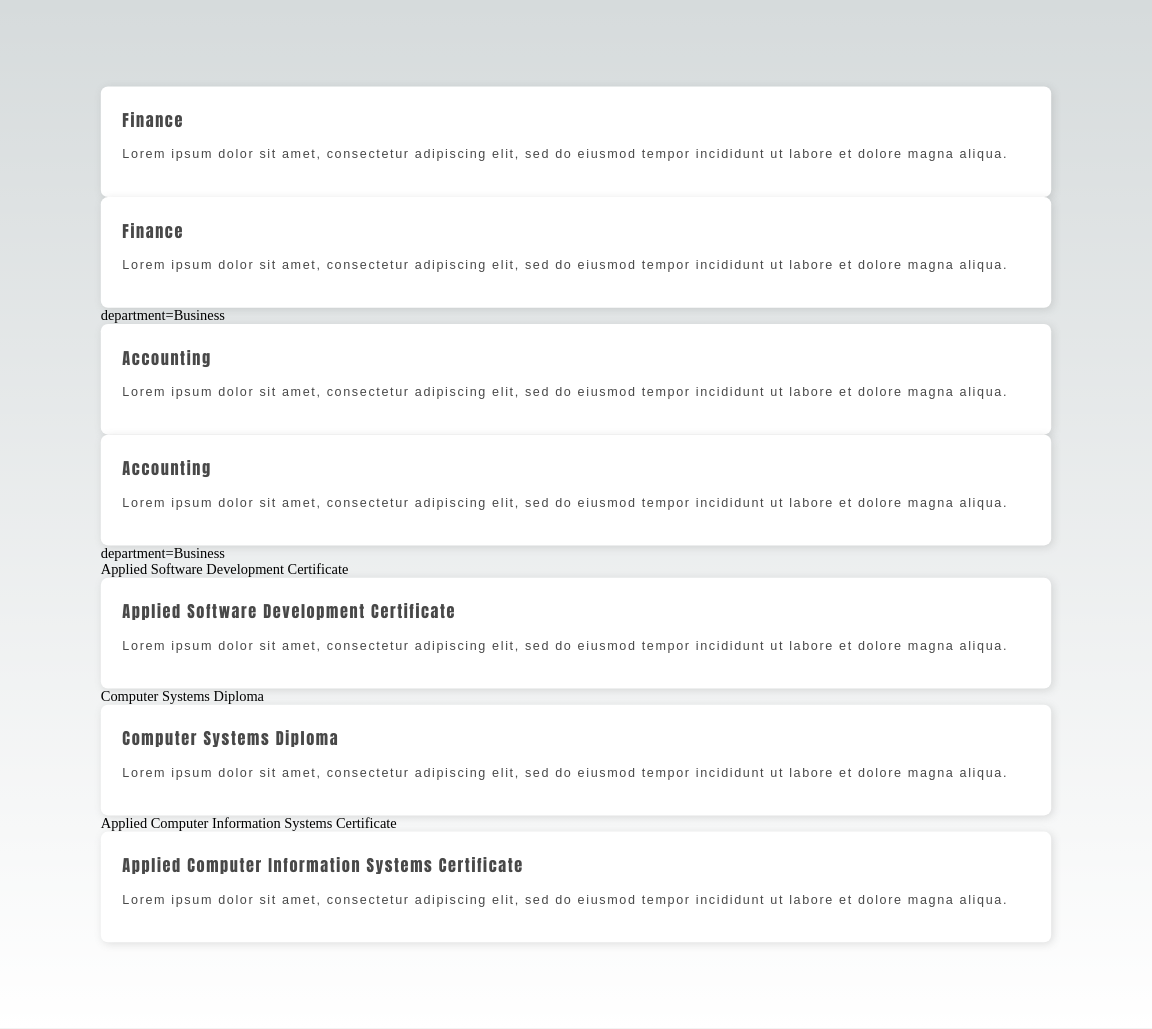
Repository: giovanabirck/class03-vercel-test
Page: /
These files come from the project's save history. The page is drawn as it stood at one moment and after the next save; the edit follows.
The browser window is 1280 px wide. The pictures show the whole page, at 90% of full size.
The project was rebuilt for these pictures with package versions that can differ from the ones it lists, and the page was loaded fresh each time. The framework's server and built-in components were replaced by stand-ins that run in the browser. Also part of the build but not shown: next.config.js.

Above is the page before, as saved 2023-01-24 21:30:33.

After the next save:
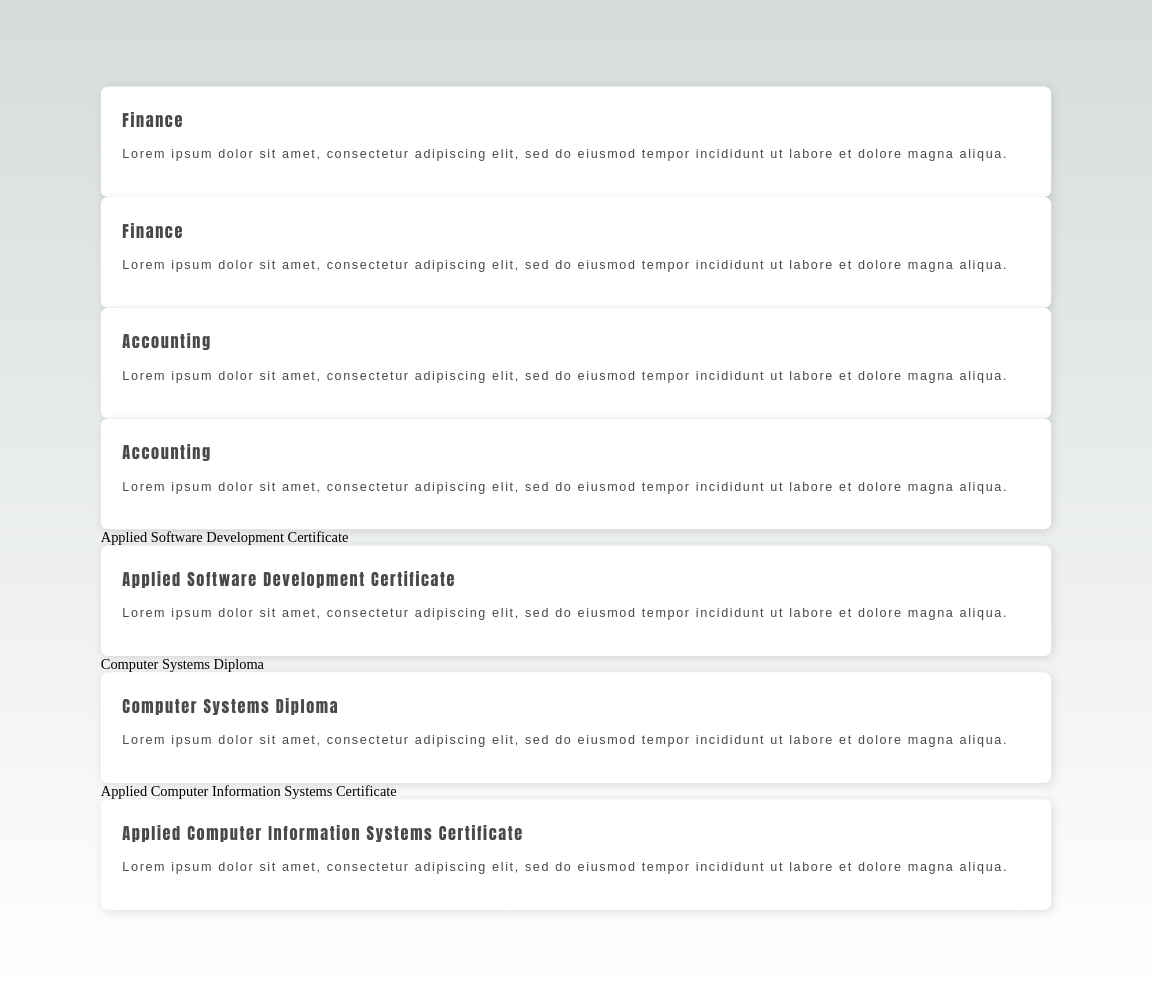
Saved 8 s later.
--- a/pages/index.js
+++ b/pages/index.js
@@ -35,7 +35,6 @@ export default function Home() {
 
                   <Card key={index} degree={info.degree}/>
                   <Card key={index} degree={info.degree}/>
-                  department={info.department}
                 </div>
               )
             }
